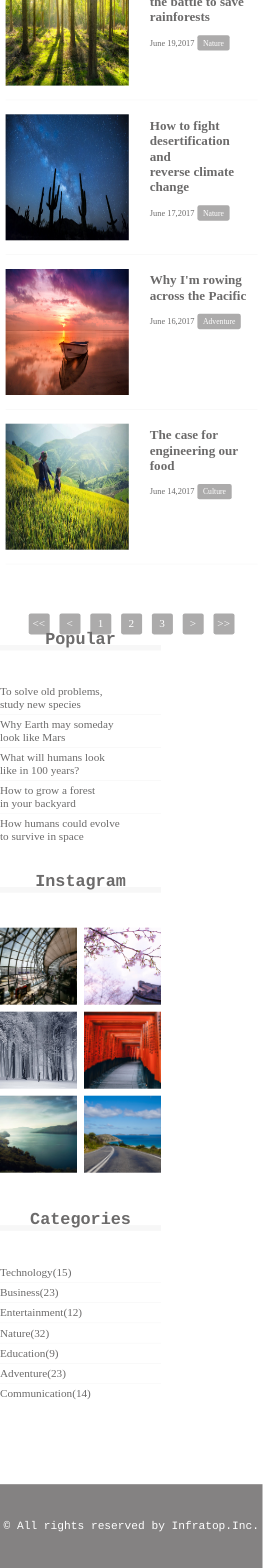
Repository: Kaori199701/-1
Page: caravan/index.html
The author's editor kept a record of every edit. The page is drawn from the files as they stood at one moment, then again after the next edit.
The browser window is 375 px wide. The pictures show the part of the page from y = 586 to 2826 px (the page is 2826 px tall before and 2706 px after), at 70% of full size.
Some web libraries are served in a nearby version.

Above is the page before.

After the next edit:
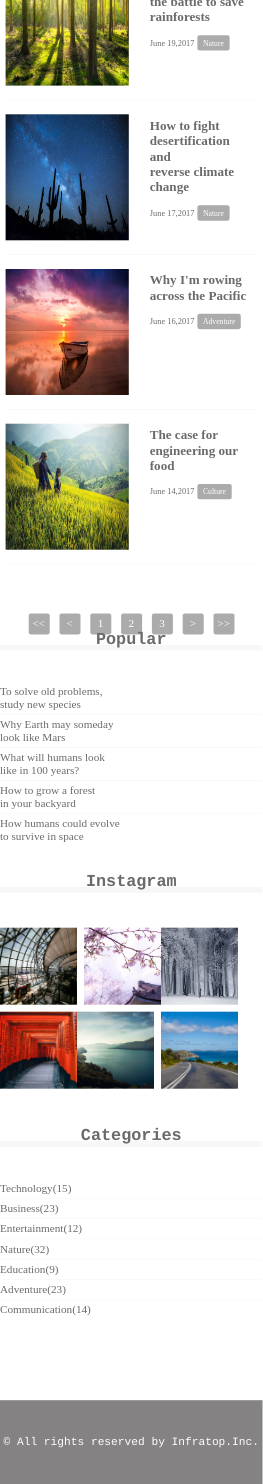
The edit:
--- a/caravan/style.css
+++ b/caravan/style.css
@@ -281,43 +281,14 @@
   padding-top: 5px;
 }
 
-.blog-text-heading {
-  padding-bottom: 15px;
-}
-
-.blog-date {
-  font-size: 12px;
-  display: inline-block;
-}
-
-.category {
-  display: inline-block;
-  padding: 5px 8px;
-  background-color: #acabab;
-  border-radius: 3px;
-  color: #fff;
-  font-size: 11px;
-}
 
 .pagination {
   text-align: center;
   padding-top: 50px;
 }
 
-.pagination p {
-  display: inline-block;
-  width: 30px;
-  height: 30px;
-  margin: 0 5px;
-  color: #fff;
-  background-color: #acabab;
-  border-radius: 3px;
-  line-height: 30px;
-}
-
-
 .sidebar {
-  width: 230px;
+  width: 100%;
 }
 
 .common-heading {
